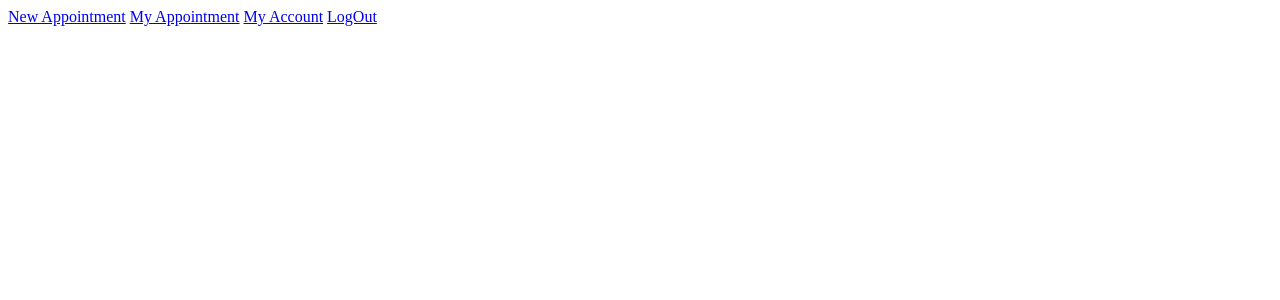
Repository: anujsoni10001/JSP-Servlet
Page: FinalProject/minor - Copy/Minor/WebContent/home.html
These files come from the project's save history. The page is drawn as it stood at one moment and after the next save; the edit follows.
The browser window is 1280 px wide. The pictures show the whole page.

Above is the page before, as saved 2019-03-22 13:03:36.

After the next save:
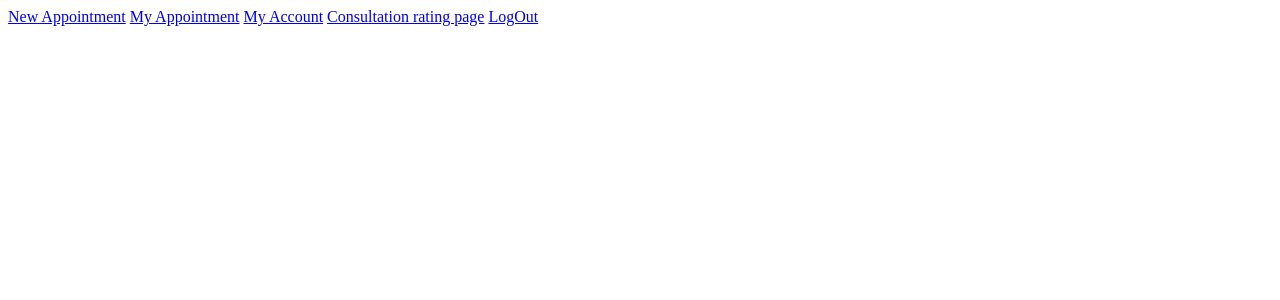
Saved 16 min 45 s later.
--- a/FinalProject/minor - Copy/Minor/WebContent/home.html
+++ b/FinalProject/minor - Copy/Minor/WebContent/home.html
@@ -8,6 +8,7 @@
 <a href="Appointment2.jsp">New Appointment</a>
 <a href="MyAppointment.jsp">My Appointment</a>
 <a href="MyAccount.jsp">My Account</a>
+<a href="MyAccount.jsp">Consultation rating page</a>
 <a href="LogOut">LogOut</a>
 </body>
 </html>
